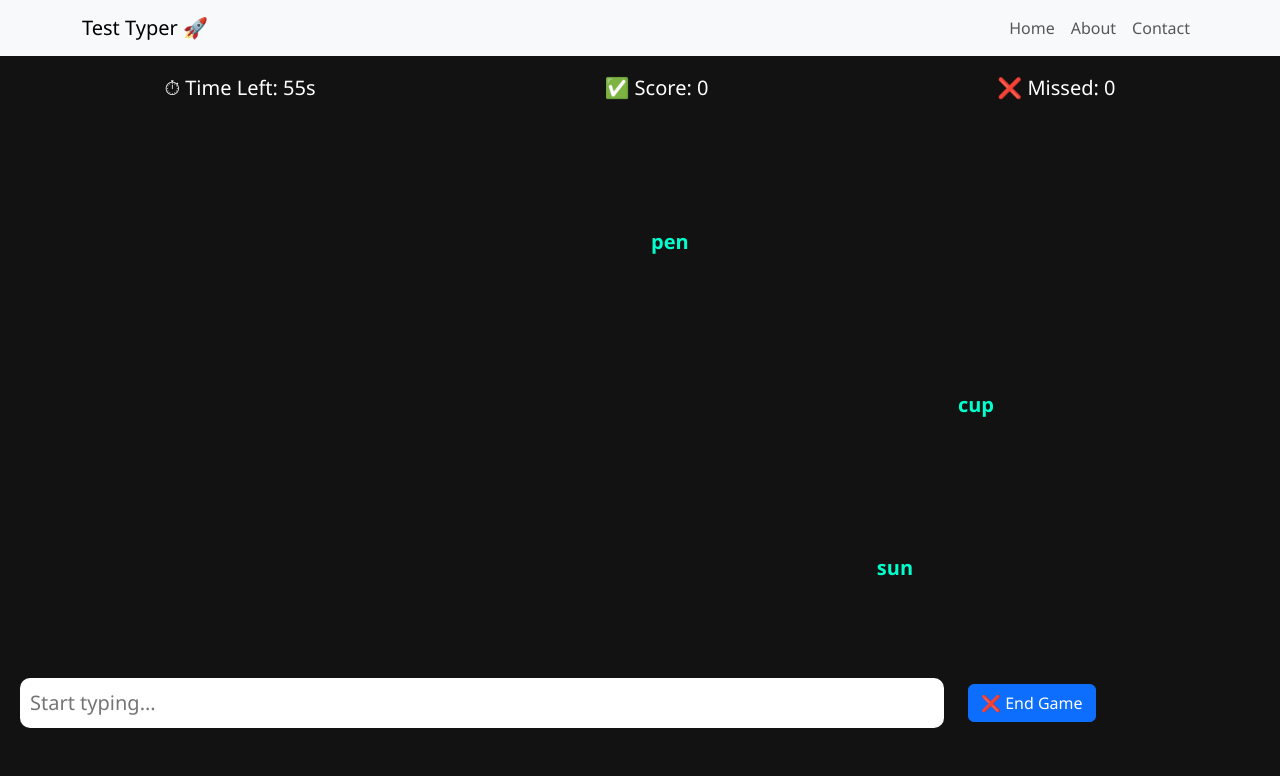
Repository: SHAHZADcodr/typing-test-react
Page: /game
An editor plug-in stored every save of this project. The page is shown before and after the next save, followed by the edit.
The browser window is 1280 px wide. The pictures show the whole page.
The project was rebuilt for these pictures with package versions that can differ from the ones it lists, and the page was loaded fresh each time. Also part of the build but not shown: src/pages/Home.jsx, src/pages/About.jsx, src/pages/Contact.jsx. Imported but missing from the stored project, and not drawn on this page: src/assets/pop.mp3.

Above is the page before, as saved 2025-04-08 22:13:09.

After the next save:
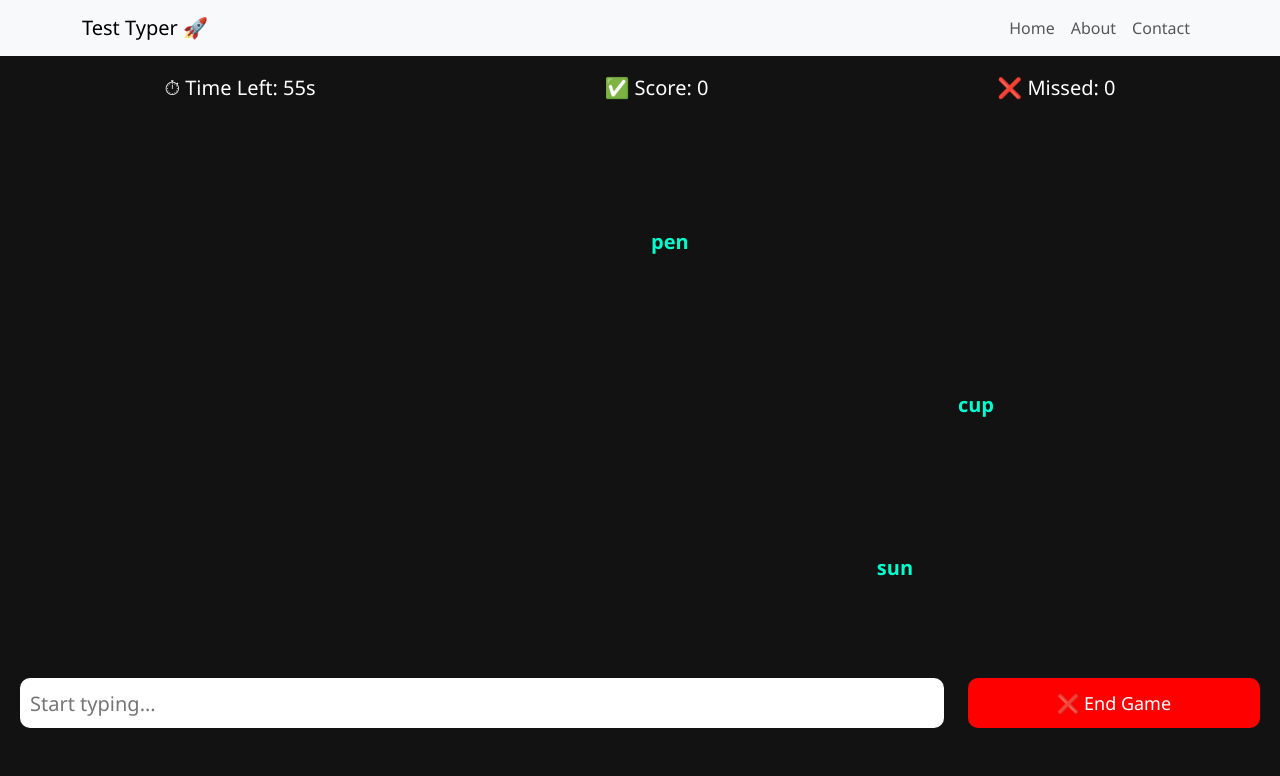
Saved 13 s later.
--- a/src/customCss/Game.css
+++ b/src/customCss/Game.css
@@ -1,46 +1,58 @@
 .game-container {
-    height: 100vh;
-    background: #121212;
-    color: white;
-    padding: 20px;
-    position: relative;
-    overflow: hidden;
-  }
+  height: 100vh;
+  background: #121212;
+  color: white;
+  padding: 20px;
+  position: relative;
+  overflow: hidden;
+}
 
-  .top-bar {
-    display: flex;
-    justify-content: space-around;
-    margin-bottom: 10px;
-    font-size: 18px;
-  }
+.top-bar {
+  display: flex;
+  justify-content: space-around;
+  margin-bottom: 10px;
+  font-size: 18px;
+}
 
-  .falling-area {
-    position: relative;
-    height: 80%;
-    width: 100%;
-    overflow: hidden;
-  }
+.falling-area {
+  position: relative;
+  height: 80%;
+  width: 100%;
+  overflow: hidden;
+}
 
-  .falling-word {
-    position: absolute;
-    font-size: 20px;
-    font-weight: bold;
-    color: #00ffcc;
-    transition: top 0.1s linear;
-  }
+.falling-word {
+  position: absolute;
+  font-size: 20px;
+  font-weight: bold;
+  color: #00ffcc;
+  transition: top 0.1s linear;
+}
 
-  .typing-input {
-    width: 100%;
-    padding: 10px;
-    font-size: 20px;
-    border-radius: 10px;
-    border: none;
-    outline: none;
-  }
-  .falling-word.green {
-    color: #00ff00;
-  }
+.falling-word.green {
+  color: #00ff00;
+}
 
-  .falling-word.red {
-    color: #ff4d4d;
-  }
+.falling-word.red {
+  color: #ff4d4d;
+}
+
+.typing-input {
+  width: 100%;
+  padding: 10px;
+  font-size: 20px;
+  border-radius: 10px;
+  border: none;
+  outline: none;
+  height: 50px;
+}
+
+.end-game-button {
+  width: 100%;
+  height: 50px;
+  font-size: 18px;
+  background-color: red;
+  color: white;
+  border: none;
+  border-radius: 10px;
+}
